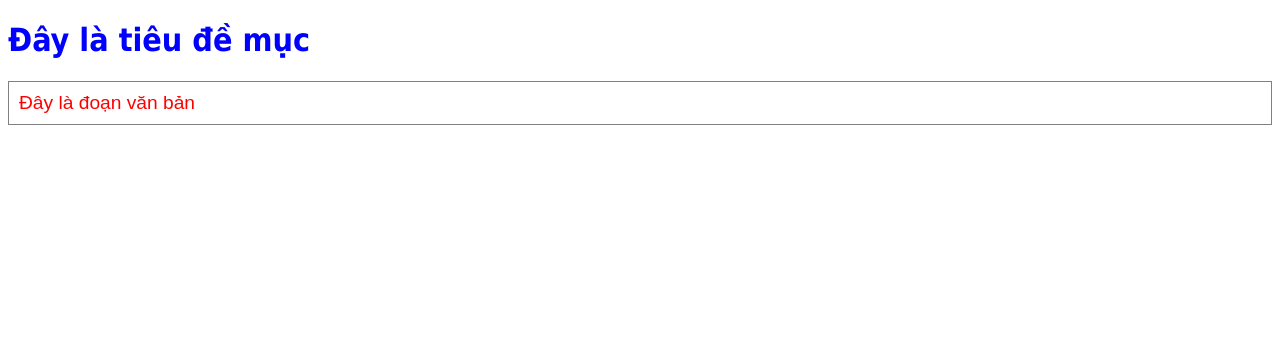
Repository: congle98/CSS_demo1
Page: index.html
These files come from the project's save history. The page is drawn as it stood at one moment and after a run of saves; the edit follows.
The browser window is 1280 px wide. The pictures show the whole page.

Above is the page before, as saved 2021-05-26 11:48:04.

After the next 2 saves:
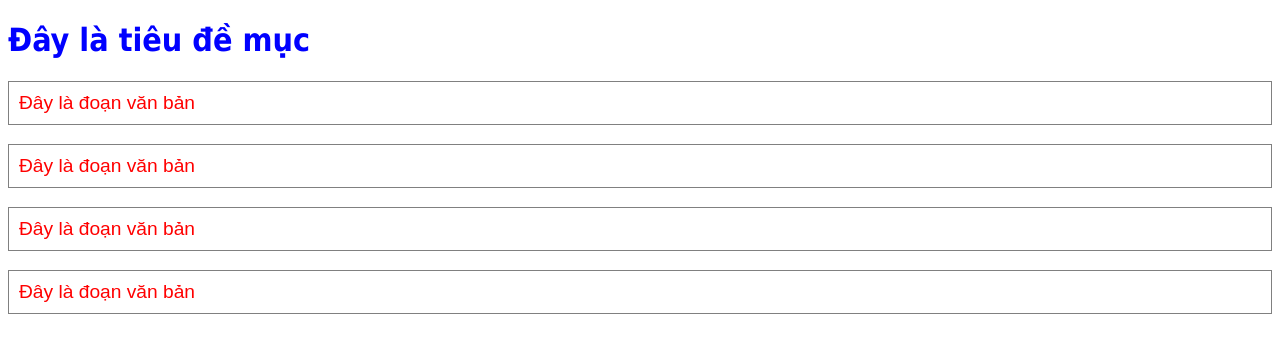
The 2 saves are shown as one change because they came seconds apart.
The last was saved 11 s later.
--- a/index.html
+++ b/index.html
@@ -25,5 +25,8 @@
 <body>
     <h1>Đây là tiêu đề mục</h1>
     <p>Đây là đoạn văn bản</p>
+    <p>Đây là đoạn văn bản</p>
+    <p>Đây là đoạn văn bản</p>
+    <p>Đây là đoạn văn bản</p>
 </body>
 </html>
